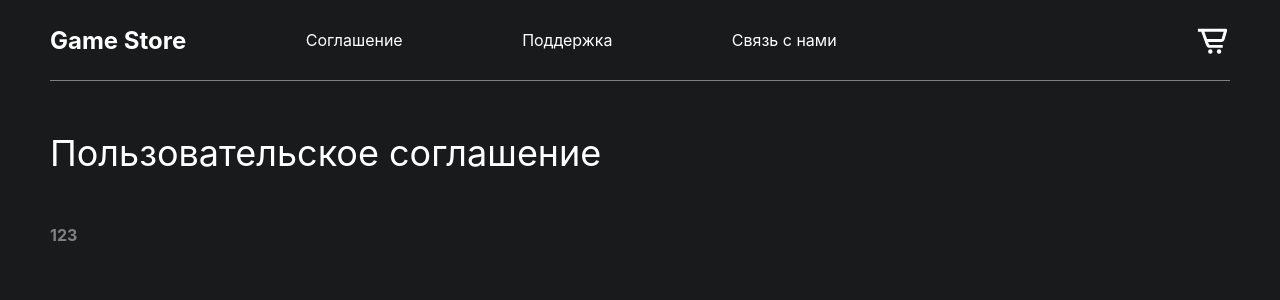
Repository: Minkeani/GameStore
Page: /agreement
The author's editor kept a copy of each file at every save. The page is drawn from the files as they stood at one save, then again after the next save.
The browser window is 1280 px wide. The pictures show the whole page.
The project was rebuilt for these pictures with package versions that can differ from the ones it lists, and the page was loaded fresh each time. Also part of the build but not shown: src/components/ItemsInCart/ItemsInCart.css, src/components/ItemsInCart/ItemsInCart.jsx, src/components/CartMenu/CartMenu.css, src/components/Btn/Btn.css, src/components/Btn/Btn.jsx, src/components/CartItem/CartItem.css, src/components/CartItem/CartItem.jsx, src/components/utils/utils.js and 18 more.

Above is the page before, as saved 2022-09-11 10:35:03.

After the next save:
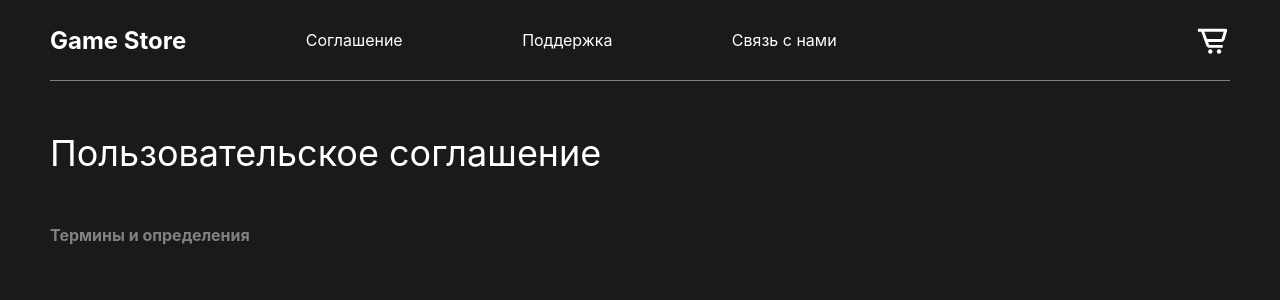
Saved 16 s later.
--- a/src/components/Agreement/Agreement.jsx
+++ b/src/components/Agreement/Agreement.jsx
@@ -7,7 +7,7 @@ const Agreement = () => {
     return (
         <div>
             <BigTitle>Пользовательское соглашение</BigTitle>
-            <Title>123</Title>
+            <Title>Термины и определения</Title>
         </div>
     );
 }
